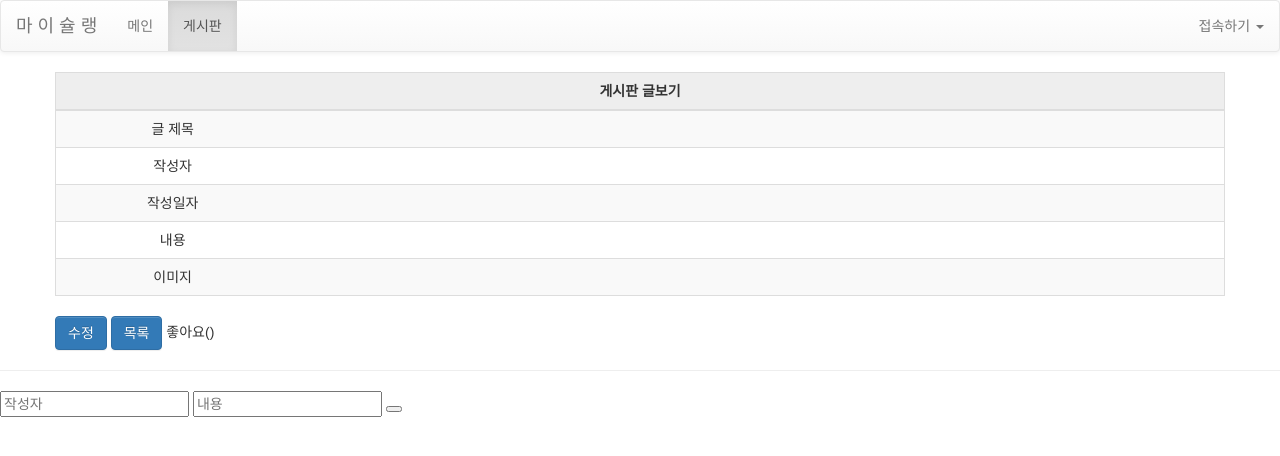
Repository: serendipity63/mychelin
Page: http://localhost/board/WEB-INF/views/detailform.jsp
The author's editor kept a copy of each file at every save. The page is drawn from the files as they stood at one save, then again after the next save.
The browser window is 1280 px wide. The pictures show the whole page.
Some web libraries are served in a nearby version. The page is served by Tomcat 9. Nobody is signed in. Other server files are loaded and not shown. The template is opened directly, without the code that normally fills it, so the values that code supplies are empty.

Above is the page before, as saved 2024-01-11 09:34:28.
Console error (its wording comes from the project's code and is left out).

### board/src/main/webapp/WEB-INF/views/detailform.jsp
<%@ page language="java" contentType="text/html; charset=UTF-8"
	pageEncoding="UTF-8"%>
<%@ taglib prefix="c" uri="http://java.sun.com/jsp/jstl/core"%>
<c:set var="contextPath" value="${pageContext.request.contextPath }" />
<!DOCTYPE html>
<html>
<head>
<meta charset="UTF-8">
<meta http-equiv="Content-Type" content="text/html; charset=UTF-8">
<meta name="viewport" content="width=device-width" , initial-scale="1">
<link rel="stylesheet" type="text/css" href="https://maxcdn.bootstrapcdn.com/bootstrap/3.3.7/css/bootstrap.min.css">
<link rel="stylesheet" type="text/css" href="https://maxcdn.bootstrapcdn.com/bootstrap/3.3.7/css/bootstrap-theme.min.css">
<script src="https://maxcdn.bootstrapcdn.com/bootstrap/3.3.7/js/bootstrap.min.js"></script>
<link rel="stylesheet" type="text/css"
	href="${contextPath}/resources/static/css/bootstrap.css">
<script src="https://code.jquery.com/jquery-3.1.1.min.js"></script>
<script src="${contextPath}/resources/static/js/bootstrap.js"></script>
<title>JSP 게시판 사이트</title>

<script type="text/javascript">
	$(function() {
		$('#heart')
				.click(
						function() {
							$
									.ajax({
										url : '${contextPath}/like',
										type : 'post',
										data : {
											'num' : '<c:out value= "${board.num}"/>'
										},
										success : function(res) {
											console.log(res);
											if (res === "true") {
												$("#heart")
														.attr("src",
																"${contextPath}/resources/img/like.png")
												$("#likecount")
														.text(
																+$("#likecount")
																		.text() + 1);
											} else {
												$("#heart")
														.attr("src",
																"${contextPath}/resources/img/unlike.png")
												$("#likecount")
														.text(
																+$("#likecount")
																		.text() - 1);
											}
										},
										error : function(err) {
											console.log(err);
										}
									})
						})
	})
</script>
</head>
<body>
	<nav class="navbar navbar-default">
		<div class="navbar-header">
			<button type="button" class="navbar-toggle collapsed"
				data-toggle="collapse" data-target="#bs-example-navbar-collapse-1"
				aria-expanded="false">
				<span class="icon-bar"></span> <span class="icon-bar"></span> <span
					class="icon-bar"></span>
			</button>
			<a class="navbar-brand" href="${contextPath}/main">마 이 슐 랭</a>
		</div>
		<div class="collapse navbar-collapse"
			id="bs-example-navbar-collapse-1">
			<ul class="nav navbar-nav">
				<li><a href="${contextPath}/main">메인</a></li>
<li class="active"><a href="${contextPath}/boardlist">게시판</a></li>
			</ul>
			<c:choose>

				<c:when test="${user eq Empty}">


					<ul class="nav navbar-nav navbar-right">
						<li class="dropdown"><a href="#" class="dropdown-toggle"
							data-toggle="dropdown" role="button" aria-haspopup="true"
							aria-expanded="false">접속하기 <span class="caret"></span>
						</a>
							<ul class="dropdown-menu">
								<li><a href="login">로그인</a></li>
								<li><a href="join">회원가입</a></li>
							</ul></li>
					</ul>

				</c:when>
				<c:otherwise>
					<ul class="nav navbar-nav navbar-right">
						<li class="dropdown"><a href="#" class="dropdown-toggle"
							data-toggle="dropdown" role="button" aria-haspopup="true"
							aria-expanded="false">회원관리 <span class="caret"></span>
						</a>
							<ul class="dropdown-menu">
								<li><a href="logout">로그아웃</a></li>
							</ul></li>
					</ul>
				</c:otherwise>
			</c:choose>
		</div>
	</nav>
	<div class="container" id="./writeForm">
		<div class="row">
			<input type="hidden" name="writer" value="${user.id }" />
			<table class="table table-striped"
				style="text-align: center; border: 1px solid #dddddd">
				<thead>
					<tr>
						<th colspan="3"
							style="background-color: #eeeeee; text-align: center">게시판
							글보기</th>
					</tr>
				</thead>
				<tbody>

					<tr>

						<td style="width: 20%;">글 제목</td>
						<td colspan="2" style="text-align: left;">${board.subject }</td>
					</tr>
					<tr>

						<td>작성자</td>
						<td colspan="2" style="text-align: left;">${board.writer }</td>
					</tr>
					<tr>

						<td>작성일자</td>
						<td colspan="2" style="text-align: left;">${board.writedate }</td>
					</tr>
					<tr>
						<td>내용</td>
						<td colspan="2" style="min-height: 200px; text-align: left;">${board.content }
						</td>
					</tr>
					<tr>
						<td>이미지</td>
						<td colspan="2" style="min-height: 200px; text-align: left;"><c:choose>
								<c:when test="${board.fileurl ne null}">
									<img src="${contextPath }/image/${board.fileurl}" width="100px"
										height="100px" />
								</c:when>

							</c:choose></td>

					</tr>
				</tbody>
			</table>
			<c:if test="${user.id eq board.writer }">
				<a href="${contextPath }/boardmodify/${board.num}/${page}"
					class="btn btn-primary">수정</a>
			</c:if>
			<a href="${contextPath }/boardlist?page=${page}"
				class="btn btn-primary">목록</a> 좋아요(<span id="likecount">${board.likecount }</span>)&nbsp;&nbsp;
			<c:if test="${user ne Empty }">
				<c:choose>
					<c:when test="${select==true }">
 						<img id="heart" src="${contextPath }/resources/img/like.png"
							width="20px" height="20px" />


					</c:when>
					<c:otherwise>
						<img id="heart" src="${contextPath }/resources/img/unlike.png"
							width="20px" height="20px" />
					</c:otherwise>
				</c:choose>
			</c:if>

		</div>

	</div>
<!-- 댓글 시작 -->
<hr/>
<!--
<ul>
	<li>첫번째 댓글</li>
	<li>두번째 댓글</li>
	<li>세번째 댓글</li>
</ul>

<div>
	<p>
		<label>댓글 작성자</label> <input type="text">
	</p>
	<p>
		<textarea rows="5" cols="50"></textarea>
	</p>
	<p>
		<button type="button">댓글 작성</button>
	</p>
</div> -->

<input type="text" id="commentWriter" placeholder="작성자">
<input type="text" id="commentContents" placeholder="내용">
<button id="comment-write-btn" onclick="commentWrite()"></button>

</body>
</html>

Loaded but not shown: board/src/main/webapp/resources/static/css/bootstrap.css (library); board/src/main/webapp/resources/static/js/bootstrap.js (library)

After the next save:
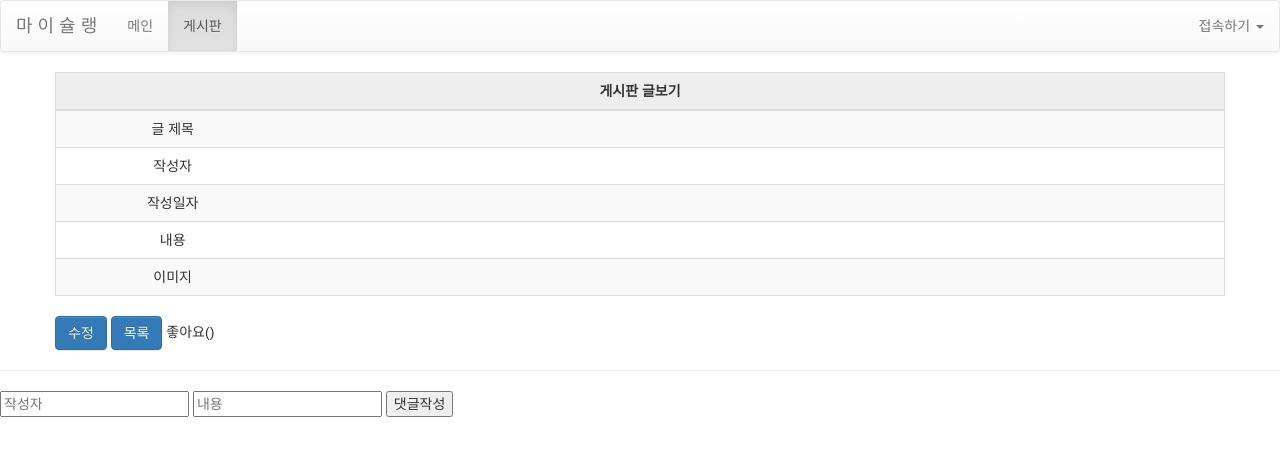
Saved 21 s later.
--- a/board/src/main/webapp/WEB-INF/views/detailform.jsp
+++ b/board/src/main/webapp/WEB-INF/views/detailform.jsp
@@ -199,7 +199,7 @@
 
 <input type="text" id="commentWriter" placeholder="작성자">
 <input type="text" id="commentContents" placeholder="내용">
-<button id="comment-write-btn" onclick="commentWrite()"></button>
+<button id="comment-write-btn" onclick="commentWrite()">댓글작성</button>
 
 </body>
 </html>
